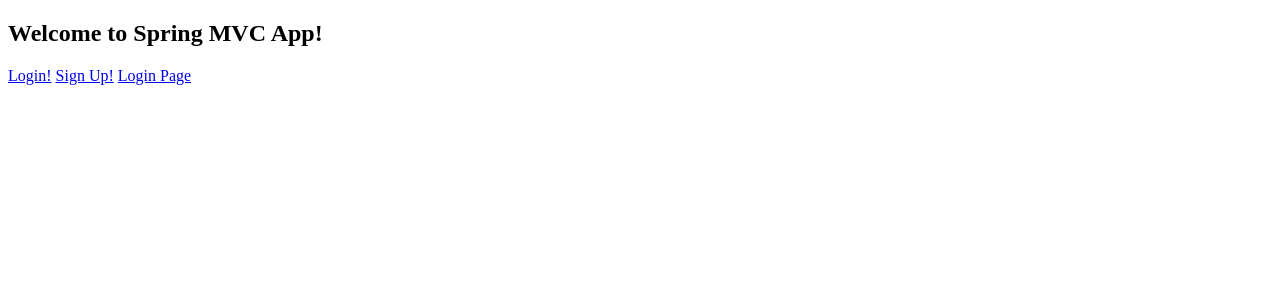
Repository: Prieena/cgi_java_training
Page: http://localhost/LoginApp_Assignment2/
An editor plug-in stored every save of this project. The page is shown before and after the next save, followed by the edit.
The browser window is 1280 px wide. The pictures show the whole page.
The page is served by Tomcat 9. Other server files are loaded and not shown.

Above is the page before, as saved 2024-09-27 15:56:52.

### spring-mvc/LoginApp_Assignment2/src/main/webapp/index.jsp
<%@ page language="java" contentType="text/html; charset=UTF-8"
    pageEncoding="UTF-8"%>
<!DOCTYPE html>
<html>
<head>
<meta charset="UTF-8">
<title>Insert title here</title>
</head>
<body>
	<h2>Welcome to Spring MVC App!</h2>
	<a href="login">Login!</a>
	<a href="signup">Sign Up!</a>
	<a href="login.jsp">Login Page</a>
</body>
</html>

After the next save:
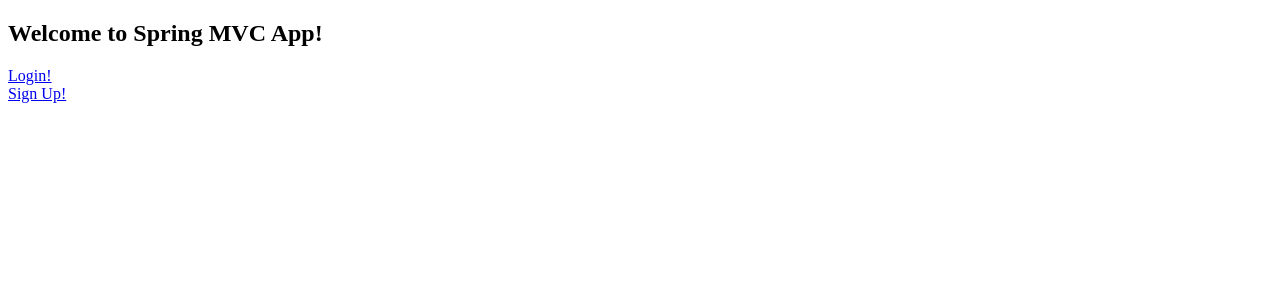
Saved 86 s later.
--- a/spring-mvc/LoginApp_Assignment2/src/main/webapp/index.jsp
+++ b/spring-mvc/LoginApp_Assignment2/src/main/webapp/index.jsp
@@ -8,8 +8,7 @@
 </head>
 <body>
 	<h2>Welcome to Spring MVC App!</h2>
-	<a href="login">Login!</a>
+	<a href="login">Login!</a><br/>
 	<a href="signup">Sign Up!</a>
-	<a href="login.jsp">Login Page</a>
 </body>
 </html>
